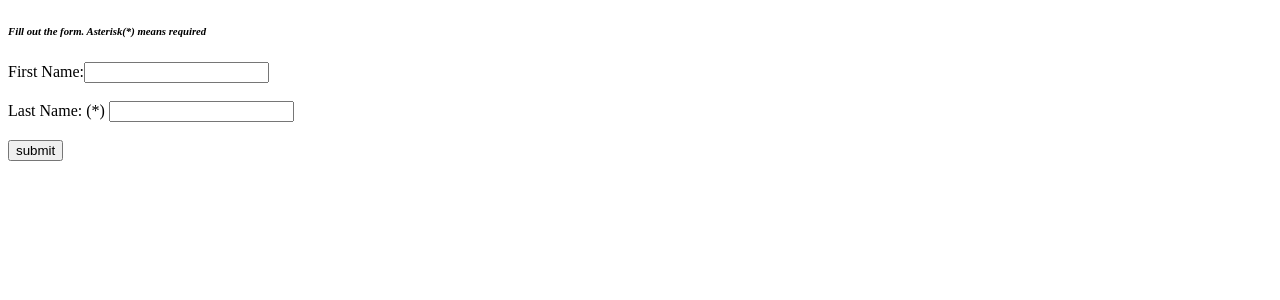
Repository: subhadeep-bis/spring-mvc
Page: http://localhost/form-tags-data-binding/customer/showForm
The author's editor kept a copy of each file at every save. The page is drawn from the files as they stood at one save, then again after the next save.
The browser window is 1280 px wide. The pictures show the whole page.
The page is served by Tomcat 9. Other server files are loaded and not shown.

Above is the page before, as saved 2019-06-29 09:12:26.

### form-tags-data-binding/src/main/webapp/WEB-INF/views/customer-show-form.jsp
<%@ page language="java" contentType="text/html; charset=ISO-8859-1"
    pageEncoding="ISO-8859-1"%>
<%@ taglib prefix="form" uri="http://www.springframework.org/tags/form" %>
<!DOCTYPE html>
<html>
<head>
<meta charset="ISO-8859-1">
<title>Insert title here</title>
<style>
	.error {
		color: red;
	}
</style>
</head>
<body>
	<h6><i>Fill out the form. Asterisk(*) means required</i></h6>
	<form:form method="post" action="processForm" modelAttribute="customer">
		First Name:<form:input path="firstName" />
		<br/><br/>
		Last Name: (*) <form:input path="lastName" />
					<form:errors path="lastName" cssClass="error"/>
		<br/><br/>
		<input type="submit" value="submit" />
	</form:form>
</body>
</html>

After the next save:
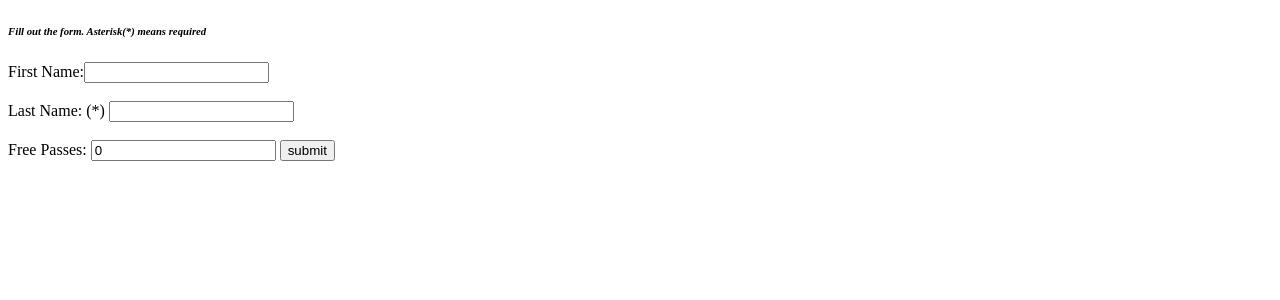
Saved 75 s later.
--- a/form-tags-data-binding/src/main/webapp/WEB-INF/views/customer-show-form.jsp
+++ b/form-tags-data-binding/src/main/webapp/WEB-INF/views/customer-show-form.jsp
@@ -20,6 +20,8 @@
 		Last Name: (*) <form:input path="lastName" />
 					<form:errors path="lastName" cssClass="error"/>
 		<br/><br/>
+		Free Passes: <form:input path="freePass" />
+					<form:errors path="freePass" ccClass="error" />
 		<input type="submit" value="submit" />
 	</form:form>
 </body>
